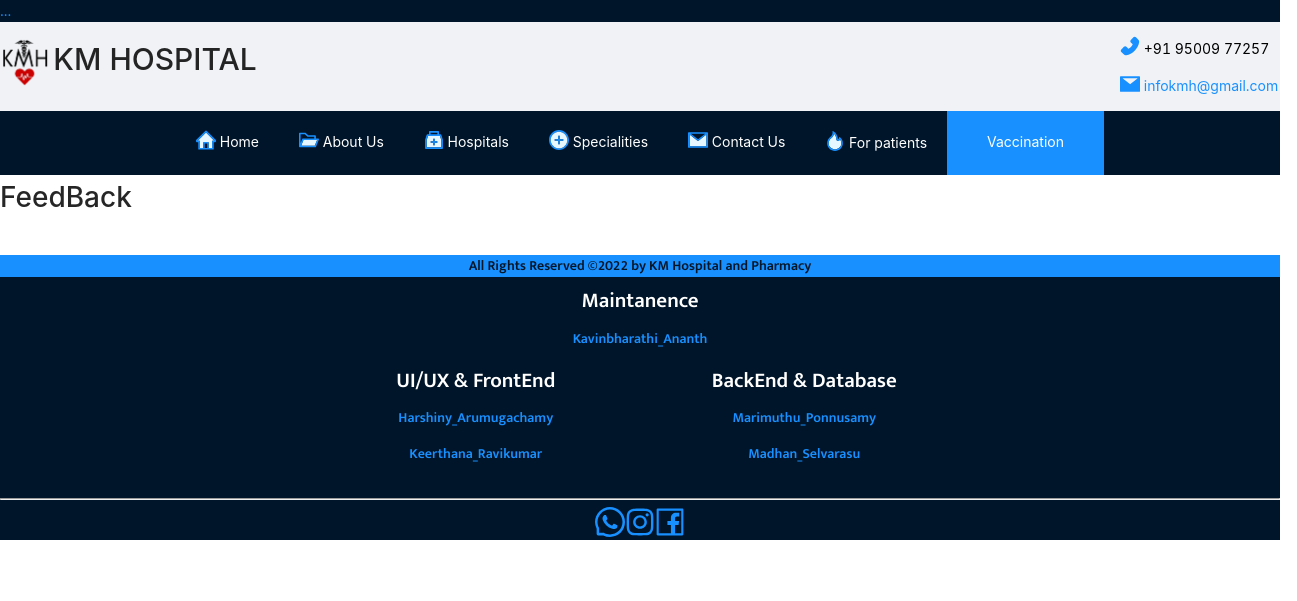
Repository: marimuthu1001/KHM-hospital
Page: /feedback (app in km-hospital/)
These files come from the project's save history. The page is drawn as it stood at one moment and after the next save; the edit follows.
The browser window is 1280 px wide. The page is 1297 px wide, so the pictures cover 1297 px, including what lies to the right of the window. The pictures show the whole page.
The page's requests for data from a server got no answer. The project was rebuilt for these pictures with package versions that can differ from the ones it lists, and the page was loaded fresh each time. No one was signed in, and anything a server would have sent is missing. Also part of the build but not shown: km-hospital/src/Styles/ContactUs.module.css, km-hospital/src/Pages/ContactUs.jsx, km-hospital/src/Pages/AboutUS.jsx, km-hospital/src/Styles/Specialities.module.css, km-hospital/src/Pages/Specialities.jsx.

Above is the page before, as saved 2022-01-25 12:32:44.

### km-hospital/public/index.html
<!DOCTYPE html>
<html lang="en">
  <head>
    <meta charset="utf-8" />
    <link rel="icon" href="%PUBLIC_URL%/favicon.ico" />
    <meta name="viewport" content="width=device-width, initial-scale=1" />
    <meta name="theme-color" content="#000000" />
    <meta
      name="description"
      content="Web site created using create-react-app"
    />
    <link rel="apple-touch-icon" href="%PUBLIC_URL%/logo192.png" />
    <!--
      manifest.json provides metadata used when your web app is installed on a
      user's mobile device or desktop. See https://developers.google.com/web/fundamentals/web-app-manifest/
    -->
    <link rel="manifest" href="%PUBLIC_URL%/manifest.json" />
    <!--
      Notice the use of %PUBLIC_URL% in the tags above.
      It will be replaced with the URL of the `public` folder during the build.
      Only files inside the `public` folder can be referenced from the HTML.

      Unlike "/favicon.ico" or "favicon.ico", "%PUBLIC_URL%/favicon.ico" will
      work correctly both with client-side routing and a non-root public URL.
      Learn how to configure a non-root public URL by running `npm run build`.
    -->
    <title>KM HOSPITAL | HOME</title>
  </head>
  <body>
    <noscript>You need to enable JavaScript to run this app.</noscript>
    <div id="root"></div>
    <!--
      This HTML file is a template.
      If you open it directly in the browser, you will see an empty page.

      You can add webfonts, meta tags, or analytics to this file.
      The build step will place the bundled scripts into the <body> tag.

      To begin the development, run `npm start` or `yarn start`.
      To create a production bundle, use `npm run build` or `yarn build`.
    -->
  </body>
</html>

### km-hospital/src/index.js
import React from 'react';
import ReactDOM from 'react-dom';
import 'antd/dist/antd.min.css'
import './index.css'
import App from './App';


ReactDOM.render(
  <React.StrictMode>
    <App />
  </React.StrictMode>,
  document.getElementById('root')
);

### km-hospital/src/index.css
@import '~antd/dist/antd.css';

.ant-menu:not(.ant-menu-horizontal) .ant-menu-item-selected {
	background: transparent;
}

.ant-menu{
    background: red;
    }

### km-hospital/src/App.js
import Nav from  './components/Nav'
import Footer from './components/Footer'
import ContactUs from './Pages/ContactUs'
import AboutUs from './Pages/AboutUS'
import Specialities from './Pages/Specialities'
import {BrowserRouter as Router, Route,Routes} from 'react-router-dom'

import Feedback from './Pages/Feedback'

function App() {
  return (
    <Router>
        <div className="App">
          <Nav/>
          <Routes>
            <Route exact path="/contactus" element={<ContactUs/>}/>
            <Route exact path="/aboutus" element={<AboutUs/>}/>
            <Route exact path="/specialities" element={<Specialities/>}/>
            <Route exact path="/feedback" element={<Feedback/>}/>
          </Routes>

          <Footer/>
        </div>
    </Router>

  );
}

export default App;

### km-hospital/src/components/Nav.jsx
import React from 'react'

import Styles from '../Styles/Nav.module.css'
import { Layout, Menu, Dropdown,Row,Col } from 'antd';
import { UserOutlined, LaptopOutlined, NotificationOutlined } from '@ant-design/icons';
import Logo from '../Images/Logo.png'

import {HomeTwoTone,
    FolderOpenTwoTone,
    MedicineBoxTwoTone,
    PlusCircleTwoTone,
    FireTwoTone ,
    MailTwoTone,
    PhoneFilled,
    MailFilled,

    } from '@ant-design/icons'

function Nav() {
  const menu = (
    <Menu>

            <Menu.Item key="1">Covid Dose</Menu.Item>
            <Menu.Item key="2">Covid Booster</Menu.Item>
            <Menu.Item key="3">Polio Vaccine</Menu.Item>
            <Menu.Item key="4">Chicken pox Vaccine</Menu.Item>
      </Menu>
  )
const patients = (
  <Menu>
          <Menu.Item key="1">Health Checkup Package</Menu.Item>
          <Menu.Item key="2">Medicines</Menu.Item>
          <Menu.Item key="3">Symptoms</Menu.Item>
          <Menu.Item key="4">Procedurs</Menu.Item>
          <Menu.Item key="5">BMI Calculator</Menu.Item>
    </Menu>

  )

  const { Header} = Layout;
    return (

      <Layout>
        <p className={Styles.line}>...</p>
        <div className={Styles.head} >
            <Row gutters={[16,16]}>
              <Col md={{span:2}} lg={{span:1}}>
              <div className="logo">
              <img src={Logo} alt="Logo" widht={50} height={50}/>
            </div>
              </Col>
              <Col md={{span:6}} lg={{span:4}}>
              <h1>KM HOSPITAL</h1>
              </Col>
              <Col md={{span:8}} lg={{span:16}}></Col>
              <Col md={{span:5}} lg={{span:3}}>
              <div className={Styles.contactHead}>
                <p style={{color:'black'}}><PhoneFilled  style= {{ fontSize: '20px',color: '#1890ff'  }} />&nbsp;+91 95009 77257</p>
                <p><a href="mailto:infokmh@gmail.com"><MailFilled style= {{ fontSize: '20px',color: '#1890ff'  }} />&nbsp;infokmh@gmail.com</a></p>
               </div>
              </Col>
            </Row>
        </div>



      <Header className="header">
      <div className="menubar">
        <Menu style={{
            position: 'relative',
            display: 'flex',
            justifyContent: 'center',

        }} theme="dark" mode="horizontal" defaultSelectedKeys={['1']}>
     <a href="/">
          <Menu.Item key="7"><HomeTwoTone style={{fontSize:20}}/>&nbsp;Home</Menu.Item>
     </a>
     <a href="/aboutus">
          <Menu.Item key="2"><FolderOpenTwoTone style={{fontSize:20}}/>&nbsp;About Us</Menu.Item>
     </a>
     <a href="">
          <Menu.Item key="3"><MedicineBoxTwoTone style={{fontSize:20}}/>&nbsp;Hospitals</Menu.Item>
     </a>
     <a href="/specialities">
          <Menu.Item key="4"><PlusCircleTwoTone style={{fontSize:20}}/>&nbsp;Specialities</Menu.Item>
     </a>
     <a href="/contactus">
          <Menu.Item  key="6"> <MailTwoTone style={{fontSize:20}}/>&nbsp;Contact Us</Menu.Item>
     </a>
          <Dropdown  overlay={patients} placement="topCenter">
              <Menu.Item key="5"><FireTwoTone style={{fontSize:20}}/>&nbsp;For patients</Menu.Item>
          </Dropdown>

          <Menu.Item key="1">
          <Dropdown  overlay={menu} placement="topCenter">
                    <Menu.Item>Vaccination</Menu.Item>
          </Dropdown>
          </Menu.Item>


        </Menu>  </div>
      </Header>


        </Layout>


    )
}

export default Nav

### km-hospital/src/components/Footer.jsx
import React from 'react'
import Styles from '../Styles/Footer.module.css'
import { Row, Col } from 'antd';
import {WhatsAppOutlined,
    InstagramOutlined,
    FacebookOutlined} from '@ant-design/icons'
function Footer() {
    return (
        <div  >
            <div className={Styles.footer}>


                <div className={Styles.footerContent}>
                    <div sm={1}  md={6} lg={8}  className={Styles.footerTitle}>
                        <h4>All Rights Reserved &copy;2022 by KM Hospital and Pharmacy</h4>
                    </div>


                <div className={Styles.maintain}>
                    <h2>Maintanence</h2>
                    <p>Kavinbharathi_Ananth</p>
                </div>

                <Row className={Styles.design} gutter={[34, 18]}>
                <Col xs={24} md={6}/>
                    <Col xs={24} md={6}>
                        <div>
                            <h2 className={Styles.headDecoration}>UI/UX & FrontEnd</h2>
                            <div className={Styles.decoration}>
                                <p>Harshiny_Arumugachamy</p>
                                <p>Keerthana_Ravikumar</p>
                            </div>
                        </div>
                    </Col>
                    <Col xs={24} md={6}>
                        <div>
                        <h2 className={Styles.headDecoration}>BackEnd & Database</h2>
                            <div className={Styles.decoration}>
                                <p>Marimuthu_Ponnusamy</p>
                                <p>Madhan_Selvarasu</p>
                            </div>
                        </div>
                    </Col>
                    <Col xs={24} md={6}/>
                        <Col sm={{ span: 5, offset: 0 }} md={{ span: 5, offset: 0 }} lg={{ span: 6, offset:0  }}> </Col>
                </Row>


<hr/>


                <Row  className={Styles.social}>
                    <Col sm={{span:2}} md={{span:8}} lg={{span:8}}><WhatsAppOutlined style={{fontSize: '30px' }} /></Col>
                    <Col sm={{span:2}} md={{span:8}} lg={{span:8}}><InstagramOutlined style={{fontSize: '30px' }} /></Col>
                    <Col sm={{span:2}} md={{span:8}} lg={{span:8}}><FacebookOutlined style={{fontSize: '30px' }} /></Col>
                </Row>
            </div>
        </div>
        </div>
    )
}

export default Footer

### km-hospital/src/Pages/Feedback.jsx
import React , {useState,useEffect} from 'react'
import { Helmet,HelmetProvider } from 'react-helmet-async';
import firebase from '../firebase.js'
import { Card, Col, Row,Button,Spin } from 'antd';
const { Meta } = Card;
const Dhuruvam=()=> {
    const [FeedBacks, setFeedBacks] = useState([]);
    const [loading, setLoading] = useState(false);

    useEffect(()=>{
          //ONE TIME GET FUNCTION
    const ref = firebase.firestore().collection("Feedbacks");
    setLoading(true);
    function getFeedBacks() {
        ref.onSnapshot((querySnapshot)=>{
            const items = [];
            querySnapshot.forEach((doc)=>{
                items.push(doc.data());
            });
        setLoading(false);
        setFeedBacks(items);
        });
    }

        getFeedBacks();
    },[]);

console.log(loading)
    if(loading){
        <h1>Loading</h1>

    }
    return (
        <div>
             <HelmetProvider>
                    <Helmet>
                        <title>FeedBack</title>
                    </Helmet>
             </HelmetProvider>
           <div className="title-pongal">
               <h1>FeedBack </h1>
           </div>
		   <Spin tip="ஏற்றுகிறது ..." style={{width:1550}} size="large" spinning={loading}>

          </Spin>&nbsp;

		   <Row gutter={[60,30]}>
			{FeedBacks.map((feedback)=>(
				<div className={feedback.key}>
					<Col lg={{span:1 ,offset:2}}  >
							<Card
								hoverable
								style={{ width: 240 }}
								cover={<img alt="example" src={feedback.img} />}
							>
								<Meta title={feedback.name} description={feedback.feedback} />
							</Card>
							</Col>
				</div>
			))}
</Row>
      </div>
    )
}

export default Dhuruvam;

### km-hospital/src/Styles/Nav.module.css
*{
    margin-top:0px;
}
.line{
    background-color:#001529;
    color:#1890ff;
}
.head h1{
    font-size: 30px;
}
.menubar .Menu.item{
    margin-left:20%;
}
a{
    text-decoration: none;
}
a:hover{
    background-color:#1890ff;
}

### km-hospital/src/Styles/Footer.module.css
@import url('https://fonts.googleapis.com/css2?family=Mukta:wght@600&display=swap');
.footer{
    background-color:#001529;
    font-family: 'Mukta', sans-serif;
    color:#1890ff;
    position:relative;
    text-align:center
}
.footer h2{
    color:#ffffff
}
.footer .footerTitle{
    color:rgb(255, 255, 255);
    background-color:#1890ff
}
.footer .social{
    text-align:center;
    display:inline-flex;
}
.social li{
    list-style-type: none;
}
.decoration{
    list-style-type:none;
    text-align:center
}
.headDecoration{
    text-align:center
}

### km-hospital/src/firebase.js
import firebase from 'firebase/compat/app';
import 'firebase/compat/firestore';


const firebaseConfig = {
    apiKey: "AIzaSyBXAQdkExXqcbrjHUTNEdFbsdwA_L_i-Ts",
    authDomain: "km-hospital-portal.firebaseapp.com",
    projectId: "km-hospital-portal",
    storageBucket: "km-hospital-portal.appspot.com",
    messagingSenderId: "115873823605",
    appId: "1:115873823605:web:4417095c1c3705cda8f13c",
    measurementId: "G-0VPENR8VYJ"
  };

firebase.initializeApp(firebaseConfig);
export default firebase;

After the next save:
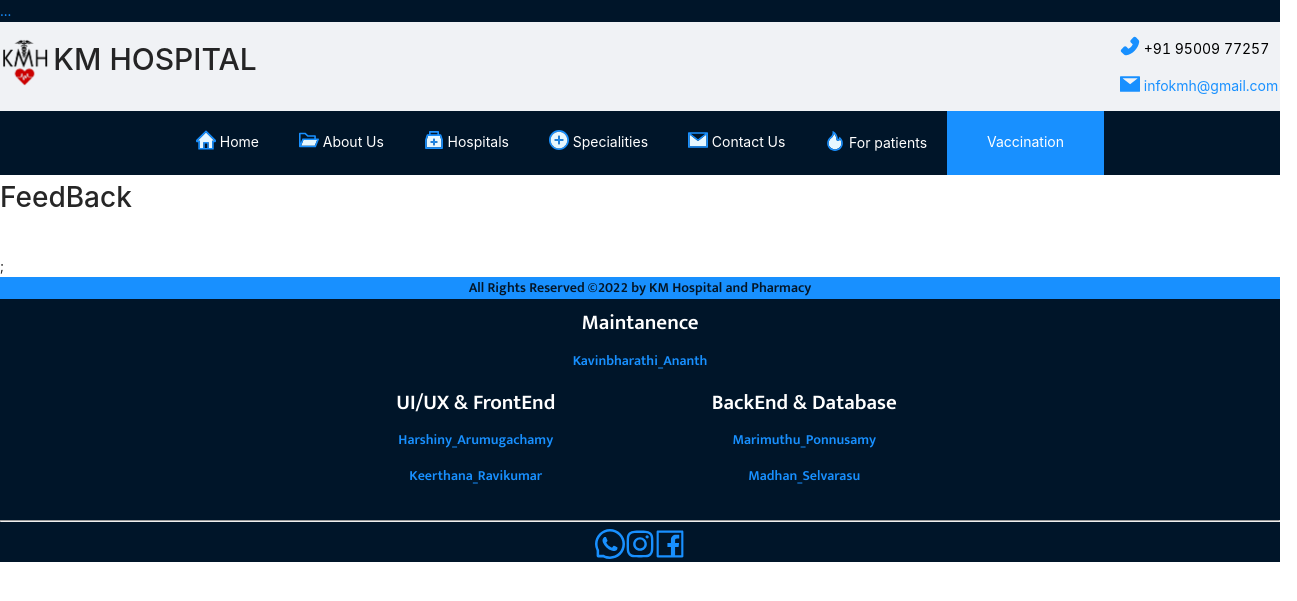
Saved 30 s later.
--- a/km-hospital/src/Pages/Feedback.jsx
+++ b/km-hospital/src/Pages/Feedback.jsx
@@ -40,9 +40,9 @@ console.log(loading)
            <div className="title-pongal">
                <h1>FeedBack </h1>
            </div>
-		   <Spin tip="ஏற்றுகிறது ..." style={{width:1550}} size="large" spinning={loading}>
+		   <Spin tip="Loading ..." style={{width:1550}} size="large" spinning={loading}>
 
-          </Spin>&nbsp;
+          </Spin><br/>;
 
 		   <Row gutter={[60,30]}>
 			{FeedBacks.map((feedback)=>(
